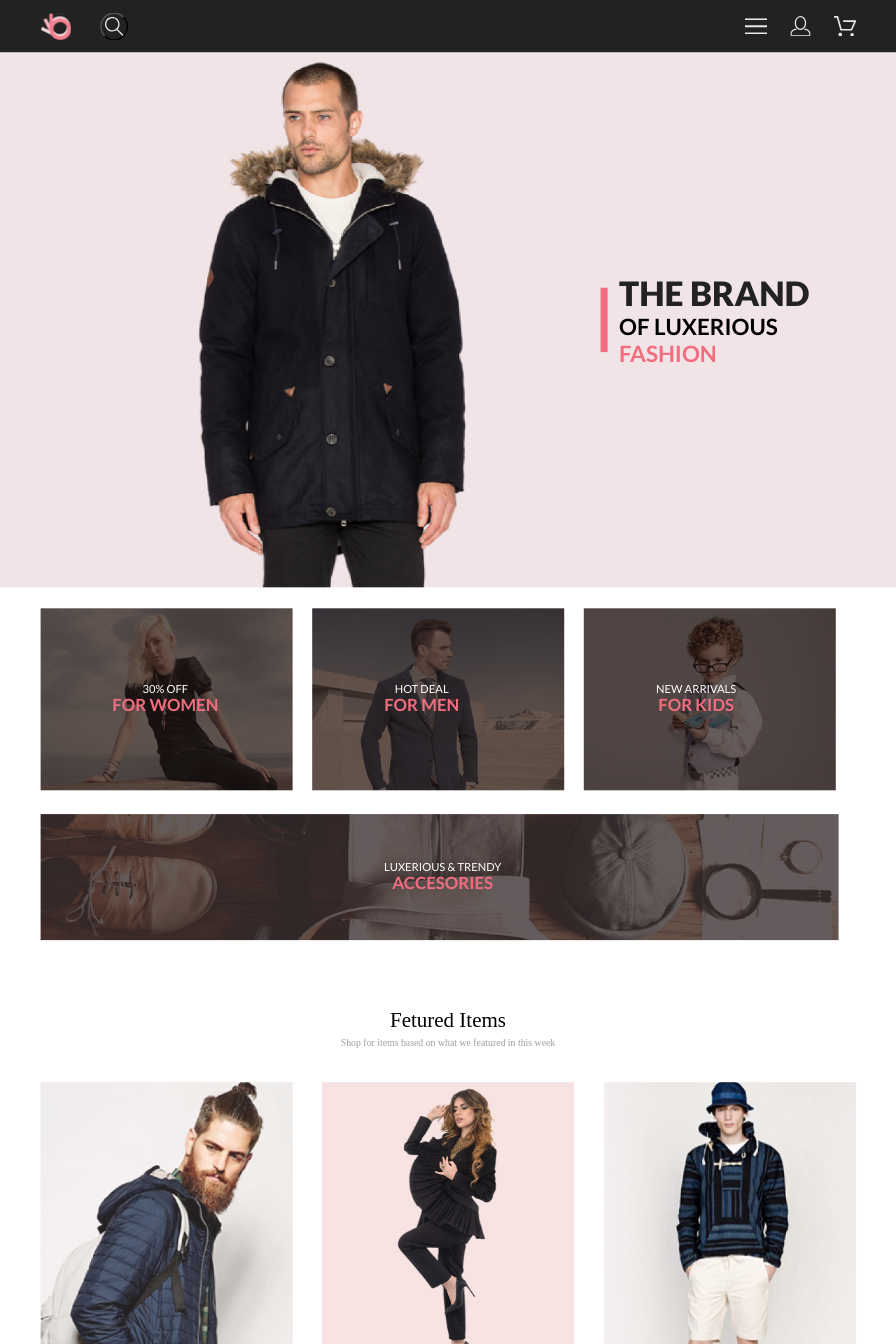
Repository: shtepaa/work-show-linkid
Page: les01/index.html
The author's editor kept a copy of each file at every save. The page is drawn from the files as they stood at one save, then again after the next save.
The browser window is 1280 px wide. The pictures show the part of the page from y = 0 to 1920 px (the page is 3886 px tall), at 70% of full size.

Above is the page before, as saved 2022-02-15 11:42:53.

### les01/index.html
<!DOCTYPE html>
<html lang="en">
  <head>
    <meta charset="UTF-8" />
    <meta http-equiv="X-UA-Compatible" content="IE=edge" />
    <meta name="viewport" content="width=device-width, initial-scale=1.0" />
    <title>Brand</title>
    <link rel="shortcut icon" href="img/favicon.ico" type="image/x-icon" />
    <link rel="stylesheet" href="style.css" />
    <link rel="preconnect" href="https://fonts.googleapis.com" />
    <link rel="preconnect" href="https://fonts.gstatic.com" crossorigin />
    <link
      href="https://fonts.googleapis.com/css2?family=Lato:wght@700;400;900&display=swap"
      rel="stylesheet"
    />
  </head>
  <body>


        <header>
          <div class="container">
            <nav>
              <div class="flex-left">
                <img src="img/logo.svg" alt="logo" />
                <form class="searchBox">
                  <input
                    class="searchInput"
                    type="text"
                    name=""
                    placeholder="Search"
                  />
                  <button class="searchButton" href="#">
                    <img id="path" src="img/search.svg" alt="logo" />
                  </button>
                </form>
              </div>
              <div class="flex-right">
                <div class="mega-box"><img class="contact-img" src="img/menu.svg" alt="logo" />
                <div class="mega-item">

<div class="menu-box"><h3 class="menu-box--style">Menu</h3></div>
<details><summary>Man</summary>
<a class="mega-link" href="#">Accessories</a>
<a class="mega-link" href="#">Bags</a>
<a class="mega-link" href="#">Denim</a>
<a class="mega-link" href="#">T-Shirts</a>
</details>
<details><summary>WOMAN</summary>
  <a class="mega-link" href="#">Accessories</a>
  <a class="mega-link" href="#">Jackets & Coats</a>
  <a class="mega-link" href="#">Polos</a>
  <a class="mega-link" href="#">T-Shirts</a>
  </details>
  <details><summary>KIDS</summary>
    <a class="mega-link" href="#">Accessories</a>
    <a class="mega-link" href="#">Bags</a>
    <a class="mega-link" href="#">Denim</a>
    <a class="mega-link" href="#">T-Shirts</a>
    </details>



                </div>


                </div>
                <img class="contact-img" src="img/contact.svg" alt="logo" />
                <img src="img/shop.svg" alt="logo" />
              </div>
            </nav>
          </div>
        </header>
        <!-- Второй блок -->
        <div class="header-section">
          <div class="container">

            <div class="header-cover">
              <div class="header-image">
              <img class="header-man"  src="img/man-new.png" alt="man" />
            </div>
            <div class="header-title">
              <div class="pink-line"></div>
              <div class="header-column">
                <h1>The brand</h1>
                <h2>of luxerious <span class="pink-word"> fashion</span></h2>
              </div>
            </div></div>


          </div>
        </div>
<!-- Третий блок -->
        <div class="container catalog-wrappet">
          <div class="catalog-block">
            <div class="catalog-project">
              <img
                class="catalog-image"
                src="img/catalog01.png"
                alt="catalog01"
              />
              <h2 class="catalog__text">
                30% off <span class="pink-word catalog-words"> for women</span>
              </h2>
            </div>
            <div class="catalog-project">
              <img
                class="catalog-image"
                src="img/catalog02.png"
                alt="catalog02"
              />
              <h2 class="catalog__text">
                hot deal <span class="pink-word catalog-words"> for men</span>
              </h2>
            </div>
            <div class="catalog-project">
              <img
                class="catalog-image"
                src="img/catalog03.png"
                alt="catalog03"
              />
              <h2 class="catalog__text">
                new arrivals
                <span class="pink-word catalog-words"> for kids</span>
              </h2>
            </div>
          </div>
          <div class="catalog-project parent">
            <img
              class="catalog-image"
              src="img/catalog04.png"
              alt="catalog04"
            />
            <h2 class="catalog__text down-parent">
              luxerious & trendy<span class="pink-word catalog-words">
                accesories</span
              >
            </h2>
          </div>
        </div>
        <!-- Четвертый блок -->
        <div class="container block-text">
          <h3 class="block-text--heading">Fetured Items</h3>
          <p class="block-text--section-text">
            Shop for items based on what we featured in this week
          </p>
        </div>
        <div class="container section-featured">
          <div class="featur_one">
            <a class="link-featur" href="#">
            <img class="featur-image"  src="img/feat01.png" alt="featur_one" /></a>
            <div class="featur-wrapper">
            <h3 class="featur-text">ELLERY X M'O CAPSULE</h3>
            <p class="featur-content">Known for her sculptural takes on traditional tailoring, Australian arbiter of cool Kym Ellery teams up with Moda Operandi.</p>
<span class="featur-price">$52.00</span></div>
          </div>
          <div class="featur_one">
            <a class="link-featur" href="#">
            <img src="img/feat02.png" alt="featur_one" /></a>
            <div class="featur-wrapper">
            <h3 class="featur-text">ELLERY X M'O CAPSULE</h3>
            <p class="featur-content">Known for her sculptural takes on traditional tailoring, Australian arbiter of cool Kym Ellery teams up with Moda Operandi.</p>
<span class="featur-price">$52.00</span></div>
          </div>
          <div class="featur_one">
            <a class="link-featur" href="#">
            <img src="img/feat03.png" alt="featur_one" /></a>
            <div class="featur-wrapper">
            <h3 class="featur-text">ELLERY X M'O CAPSULE</h3>
            <p class="featur-content">Known for her sculptural takes on traditional tailoring, Australian arbiter of cool Kym Ellery teams up with Moda Operandi.</p>
<span class="featur-price">$52.00</span></div>
          </div>
          <div class="featur_one">
            <a class="link-featur" href="#">
            <img src="img/feat04.png" alt="featur_one" /></a>
            <div class="featur-wrapper">
            <h3 class="featur-text">ELLERY X M'O CAPSULE</h3>
            <p class="featur-content">Known for her sculptural takes on traditional tailoring, Australian arbiter of cool Kym Ellery teams up with Moda Operandi.</p>
<span class="featur-price">$52.00</span></div>
          </div>
          <div class="featur_one">
            <a class="link-featur" href="#">
            <img src="img/feat05.png" alt="featur_one" /></a>
            <div class="featur-wrapper">
            <h3 class="featur-text">ELLERY X M'O CAPSULE</h3>
            <p class="featur-content">Known for her sculptural takes on traditional tailoring, Australian arbiter of cool Kym Ellery teams up with Moda Operandi.</p>
<span class="featur-price">$52.00</span></div>
          </div>
          <div class="featur_one">
            <a class="link-featur" href="#">
            <img src="img/feat06.png" alt="featur_one" /></a>
            <div class="featur-wrapper">
            <h3 class="featur-text">ELLERY X M'O CAPSULE</h3>
            <p class="featur-content">Known for her sculptural takes on traditional tailoring, Australian arbiter of cool Kym Ellery teams up with Moda Operandi.</p>
<span class="featur-price">$52.00</span></div>
          </div>

        </div>
        <div class="container browse-button">
          <a class="link-browse" href="#"> <h3 class="browse-button product-cart">Browse All Product</h3></a>

        </div>
<div class="section-icons">
  <div class="container wrapper-icons">
  <div class="first-icons">
    <img class="car-icons" src="img/car.svg" alt="car" />
    <h3 class="car-icons--text">Free Delivery</h3>
    <p class="car-icons--context">Worldwide delivery on all. Authorit tively morph next-generation innov tion with extensive models.</p>
  </div>
  <div class="first-icons">
    <img class="car-icons" src="img/discount.svg" alt="discount" />
    <h3 class="car-icons--text">Sales & discounts</h3>
    <p class="car-icons--context">Worldwide delivery on all. Authorit tively morph next-generation innov tion with extensive models.</p>
  </div>
  <div class="first-icons">
    <img class="car-icons" src="img/corona.svg" alt="corona" />
    <h3 class="car-icons--text">Quality assurance</h3>
    <p class="car-icons--context">Worldwide delivery on all. Authorit tively morph next-generation innov tion with extensive models.</p>
  </div>
</div>

</div>

<div class="quotes-section">
  <div class="container wrap-quotes">
  <div class="figure-box">
  <figure>
    <img class="figure-image" src="img/author.png" alt="author" />
    <figcaption>“Vestibulum quis porttitor dui! Quisque viverra nunc mi, a pulvinar purus condimentum“</figcaption>
  </figure></div>
  <div class="figure-box enter-mail">

    <h1 class="subscribe">SUBSCRIBE</h1>
    <h2 class="promotion">FOR OUR NEWLETTER AND PROMOTION</h2>
    <div class="subscribe-wrapper">

      <input type="email" name="email" class="subscribe-input" placeholder="Enter Your Email">
      <div class="submit-btn">SUBMIT</div>
    </div>


  </div>

</div>


      </div>
      <footer>
<div class="container footer-contant">
  <div class="copy-righ">
    <span class="copy-text">© 2021  Brand  All Rights Reserved.</span>
  </div>
  <div class="networks">
    <div class="insta instag-fig">

    </div>
    <div class="insta pint-fig"></div>
    <div class="insta last-fig"></div>
    <div class="insta "></div>
  </div>



</div>

      </footer>

  </body>
</html>

### les01/style.css
* {
  margin: 0;
  padding: 0;
}



header {
  background-color: #222;

  display: flex;
  height: 75px;
}
.header-section {
  background-color: #f1e4e6;
  display: flex;
  height: 764px;
}
.container {
  margin: 0 auto;
  width: 1165px;
  display: flex;
}
.header-image {
  display: flex;
  /* background-repeat: no-repeat;
  -webkit-box-flex: 1;
  -ms-flex-positive: 1;
  flex-grow: 1; */

}
.header-title {
  /* width: 50%; */
  display: flex;
  flex-direction: row;
  align-items: center;
}
.header-column {
  display: flex;
  flex-direction: column;
  margin-left: 16px;
  text-transform: uppercase;
  font-family: "Lato", sans-serif;
}
h1 {
  font-weight: 900;
  font-size: 48px;
  line-height: 58px;
  color: #222;
}
h2 {
  font-weight: 700;
  font-size: 32px;
  line-height: 38px;
}
.pink-word {
  color: #f16d7f;
}
.pink-line {
  background-color: #f16d7f;
  height: 92px;
  width: 12px;
}
.header-cover {
  /* width: 100%; */
  display: flex;
  justify-content: space-between;
}
nav {
  justify-content: space-between;
  flex-direction: row;
  /* position: relative; */
  align-items: center;
  display: flex;
  height: 75px;
  width: 100%;
}
.flex-left {
  align-items: center;
  flex-direction: row;
  display: flex;
}

.contact-img {
  margin-right: 33px;
}
/* Меню бокс */
.mega-item {
  position: absolute;
  background-color: #fff;

  /* display: none; */
  padding: 37px 100px 79px 50px;
  display: none;
  margin-top: 23px;
  padding-bottom: 53px;
  /* margin-left: 155px; */
}
.mega-box {
  padding: 34px 0 30px 0;

}
.mega-box:hover .mega-item{
  display: block;
}
summary {
  display: block;
}

  summary::-webkit-details-marker {
  display: none;
}

summary {
  display: block;
  font-weight: 400;
  font-size: 14px;
  line-height: 17px;
  text-transform: uppercase;
  color: #f16d7f;
  padding-top: 20px;
  padding-bottom: 12px;
  font-family: "Lato", sans-serif;
  cursor: pointer;
}

  summary::-webkit-details-marker {
  display: none;
}

summary::before {
  content: '';
  padding-right: 0.5em;
}

details[open] > summary::before {
  content: '';
}

.menu-box--style {
  font-weight: 700;
  font-size: 14px;
  line-height: 17px;
  text-transform: uppercase;
  padding-bottom: 4px;
  font-family: "Lato", sans-serif;
}
/* .pink-box {

} */
.mega-link {
  font-family: "Lato", sans-serif;
  display: block;
  text-decoration: none;
  font-size: 14px;
  line-height: 17px;
  color: #6f6e6e;
  font-weight: 400;
  padding: 12px 0px 11px 15px;
}
.mega-link:hover{
  color: #F16D7F;
}
.flex-right {
  display: flex;
  align-items: center;
  position: relative;
  /* padding-bottom: 23px; */
}
img {
  cursor: pointer;
}

/* search form*/
form {
  margin-left: 41px;
}

.searchBox:hover > .searchInput {
  padding: 0 6px;
  width: 240px;
}

.searchBox:hover > .searchButton {
  background: #222;
  color: #2f3640;
}

.searchButton {
  justify-content: center;
  align-items: center;
  background: #222;
  border-radius: 50%;
  color: white;
  float: right;
  width: 40px;
  height: 40px;
  display: flex;
  transition: 0.4s;
}

.searchInput {
  border: none;
  background: none;
  outline: none;
  float: left;
  padding: 0;
  color: white;
  font-size: 16px;
  transition: 0.4s;
  line-height: 40px;
  width: 0px;
}

@media screen and (max-width: 620px) {
  .searchBox:hover > .searchInput {
    width: 150px;
    padding: 0 6px;
  }
}

/* Третий блок */

.catalog-wrappet {
  display: flex;
  /* flex-direction: row; */
  flex-wrap: wrap;
  justify-content: space-between;
  max-width: 1165px;
  margin: 0 auto;
}
.catalog-project {
  margin-top: 30px;
  position: relative;
  flex-grow: 1;
}
/* .catalog-image:last-of-type {
  width: 100%;

} */
.catalog__text {
  position: absolute;
  display: block;
  z-index: 100;
  left: 103px;
  top: 105px;
  box-sizing: border-box;
  font-size: 16px;
  line-height: 19px;
  text-align: center;
  font-family: Lato;
  color: #fff;
  text-transform: uppercase;
  font-weight: 400;
  display: flex;
  flex-direction: column;
  /* left: 0; */
}
.catalog-words {
  font-size: 24px;
  line-height: 28px;
  text-align: center;
  font-family: "Lato", sans-serif;
  font-weight: 700;
}
.catalog-block {
  display: flex;
  justify-content: space-between;
  flex-direction: row;
  width: 100%;
}
.parent {
  display: flex;
  width: 100%;
  /* justify-content: space-between; */
}
.down-parent {
  left: 491px;
  top: 65px;
}
/* Четвертый блок */
.block-text {
  padding-top: 96px;
  display: flex;
  flex-direction: column;
  box-sizing: content-box;
  align-items: center;
}
.block-text--heading {
  font-weight: normal;
  font-size: 30px;
  line-height: 36px;
}
.block-text--section-text {
  padding-top: 6px;
  font-weight: normal;
  font-size: 14px;
  line-height: 17px;
  color: #9f9f9f;
}
/* Пятый блок */
.section-featured{
  max-width: 1165px;
  display: flex;
  flex-direction: row;
  flex-wrap: wrap;
  padding-top: 18px;
  justify-content: space-between;
}
.featur_one{
  display: flex;
  flex-direction: column;
  max-width: 360px;
  background-color: #F8F8F8;
  margin-top: 30px;
}
.featur-text{
  margin-top: 25px;
  font-size: 13px;
line-height: 16px;
font-family: "Lato", sans-serif;
font-weight: 400;
}
.featur-content{
  color: #5D5D5D;
  font-weight: 300;
font-size: 14px;
line-height: 17px;
font-family: "Lato", sans-serif;
padding-top: 12px;
}
.featur-price{
  color:  #F16D7F;
  font-size: 16px;
line-height: 19px;
font-weight: 400;
padding-top: 18px;
}
.featur-wrapper{
  padding-left: 18px;
  padding-bottom: 20px;
  display: flex;
  flex-direction: column;
}
.browse-button{
  /* align-items: center; */
  /* display: block; */
  max-width: 1165px;
  display: flex;
  justify-content: center;
  margin-top: 63px;

}
.link-browse{
  text-decoration: none;
}
.product-cart{
  color: #fff;
  border: 1px solid #FF6A6A;
  box-sizing: border-box;
  align-items: center;
  width: 211px;
  padding: 15px 38px;
  font-size: 16px;
line-height: 19px;
font-weight: 400;
background-color: #F16D7F;
}
/* конец кнопки */
.section-icons {
  background-color: #222224;
  display: flex;
  height: 341px;

  /* justify-content: space-between; */
  margin-top: 95px;
}
.first-icons{
  display: flex;
  flex-direction: column;
  max-width: 343px;
  justify-content: center;
  align-items: center;
  text-align: center;


}
.car-icons{
  width: 44px;
  height: 31px;
  padding-top: 103px;
  padding-bottom: 28px;
}
.wrapper-icons{
  max-width: 1165px;
  display: flex;
  flex-direction: row;
  justify-content: space-between;
}
.car-icons--context{
  padding-top: 16px;
  font-weight: 300;
font-size: 13.972px;
line-height: 17px;
color: #FBFBFB;
padding-bottom: 104px;
}
.car-icons--text{
  font-size: 19.96px;
line-height: 24px;
color: #FBFBFB;
font-weight: 400;
}
/* Квотес секция */
.quotes-section{
  background-image: url(img/photo-subscribe.png );
  height: 448px;
  background-repeat: no-repeat;
  background-size: 100%;

}
.wrap-quotes{
  display: flex;
  flex-direction: row;
  max-width: 1165px;
  justify-content: space-between;

}
.figure-box{
  display: flex;
  flex-direction: column;
  width: 343px;
  justify-content: center;
  /* align-items: center; */
  text-align: center;

}
.figure-image{
  width: 96px;
  height: 96px;
  padding-top: 97px;
}
figcaption{
  padding-top: 30px;
  font-size: 20px;
line-height: 24px;
font-weight: 400;
font-family: "Lato", sans-serif;
color: #222224;

}
.subscribe{
  font-family: "Lato", sans-serif;
  font-weight: 700;
  font-size: 24px;
  line-height: 37px;
  padding-top: 150px;
}
.promotion{
  font-family: "Lato", sans-serif;
  font-weight: 400;
  font-size: 18px;
  line-height: 30px;
}
.enter-mail{
  width: 557px;
}
.subscribe-wrapper{
  display: flex;
  justify-content: center;
  margin-top: 39px;

  border-radius: 10px;
  width: 356px;
  margin: 0 auto;
  padding-top: 32px;
}
.subscribe-input{
width: 256px;
border-radius: 30px;
  border-bottom-right-radius: 0;
  border-top-right-radius: 0;
  border-color: #E1E1E1;
  background-color: #E1E1E1;
}
.submit-btn{
  width: 100px;
  border-radius: 30px;
  border-bottom-left-radius: 0;
  border-top-left-radius: 0;
  background-color: #E05C6E;
  height: 49px;
  color: #fff;
  text-align: center;
  align-items: center;
  font-size: 14px;
line-height: 17px;
display: flex;
font-weight: 400;
padding: 10px;
}
::placeholder{
  padding-left: 22px;
  padding-top: 7px;
  padding-bottom: 6px;
  font-size: 14px;
line-height: 17px;
opacity: 0.67;
color: #222224;
}
footer{
  height: 79px;
  background-color: #222224;
  display: flex;
}
.footer-contant{
  display: flex;
  flex-direction: row;
  max-width: 1165px;
  align-items: center;
  justify-content: space-between;
}
.copy-text{
  padding-top: 30px;
  font-size: 16px;
line-height: 19px;
font-weight: 400;
color: #FBFBFB;
}
.networks{
  display: flex;
  flex-direction: row;


}
.insta{
  height: 32px;
  width: 31px;
  background-color: #fff;
  display: flex;

}
.last-fig{
  margin-right: 7px;
}
.pint-fig{
  margin-right: 7px;
}
.instag-fig{
  margin-right: 7px;
}
.insta:hover{
  background-color: #E05C6E;

}

Loaded but not shown: les01/img/car.svg (3 lines, source omitted); les01/img/search.svg (3 lines, source omitted)

After the next save:
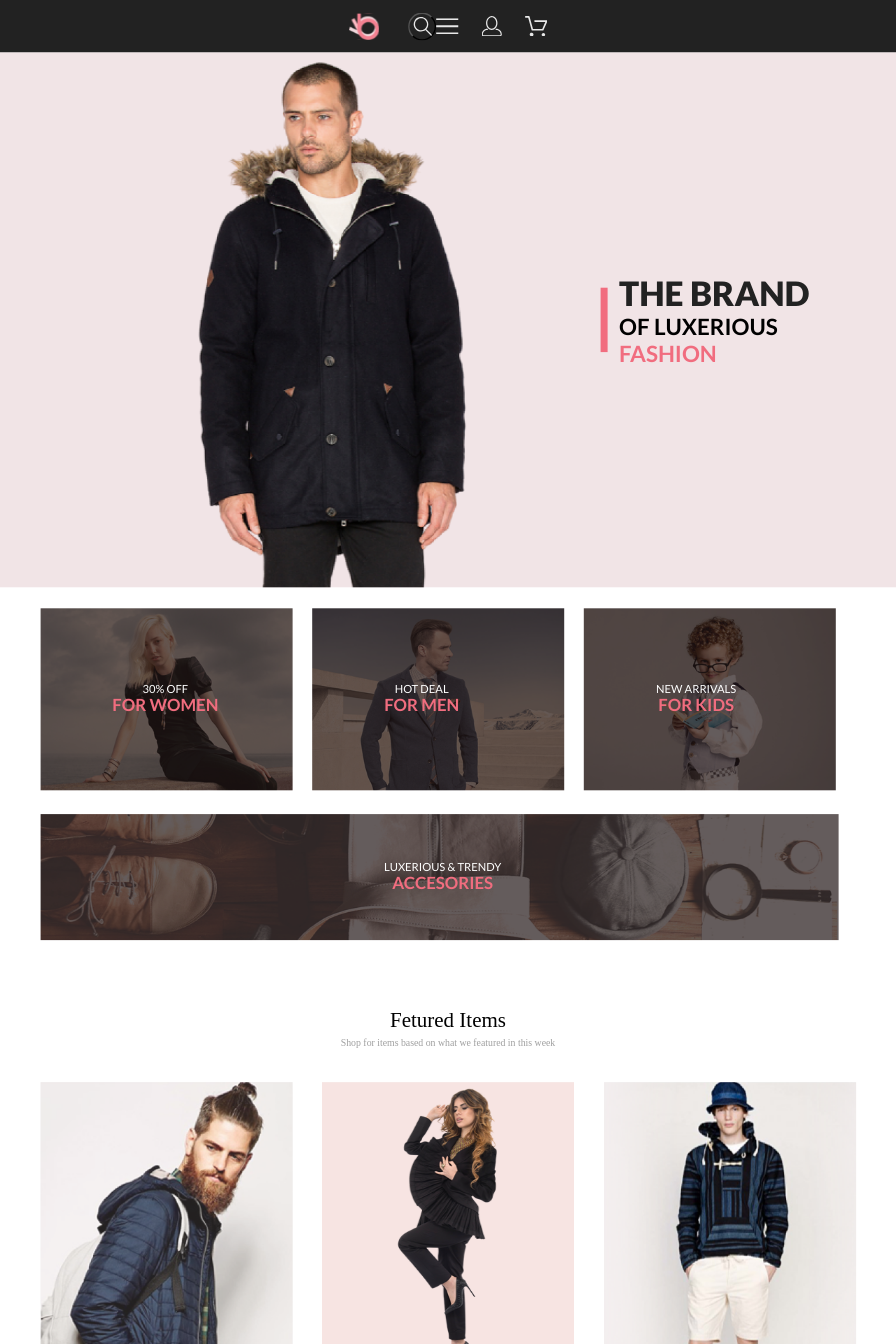
Saved 11 s later.
--- a/les01/style.css
+++ b/les01/style.css
@@ -18,7 +18,7 @@
 }
 .container {
   margin: 0 auto;
-  width: 1165px;
+  max-width: 1165px;
   display: flex;
 }
 .header-image {

After the save that followed:
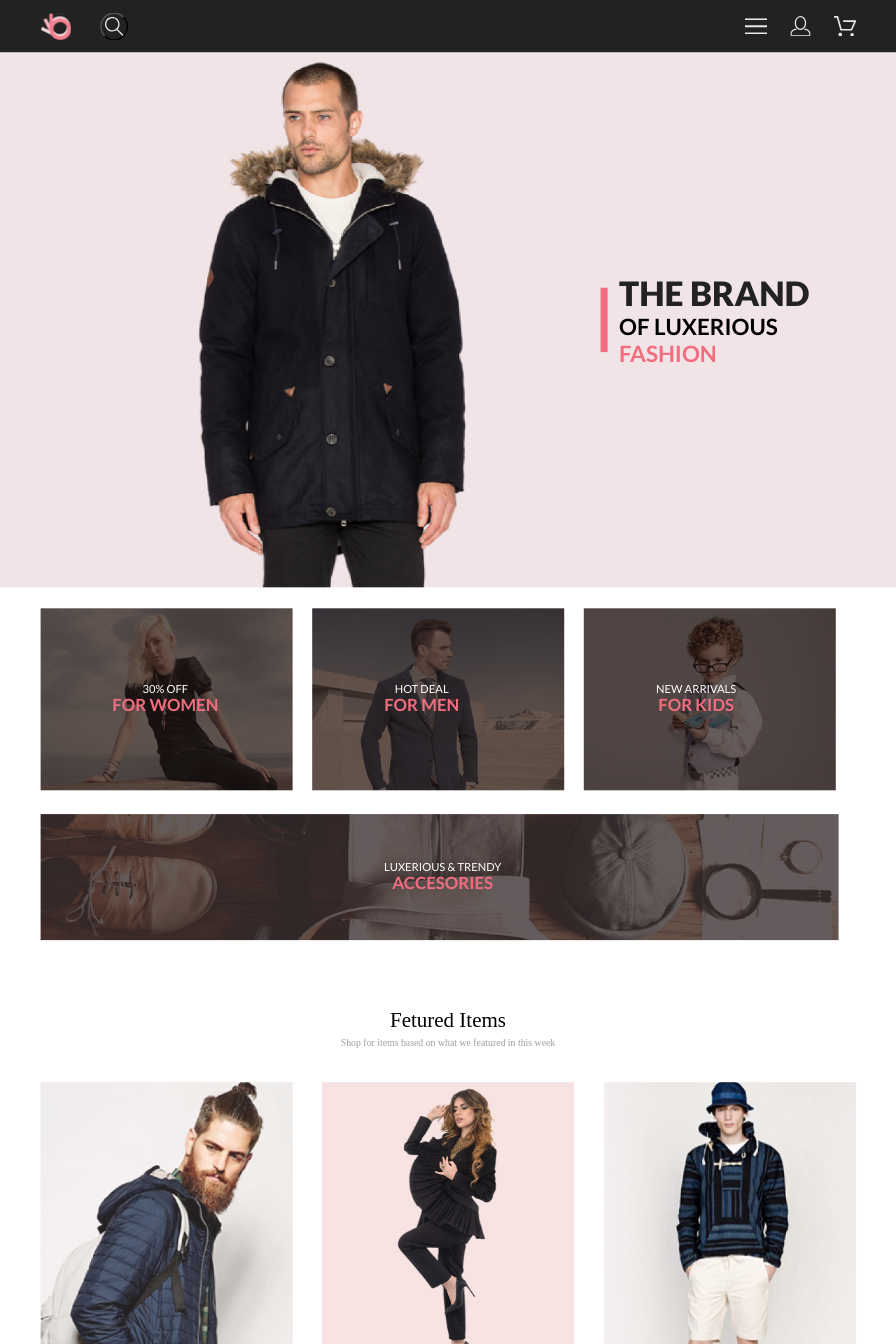
Saved 19 s later.
--- a/les01/style.css
+++ b/les01/style.css
@@ -18,7 +18,7 @@
 }
 .container {
   margin: 0 auto;
-  max-width: 1165px;
+  width: 1165px;
   display: flex;
 }
 .header-image {
